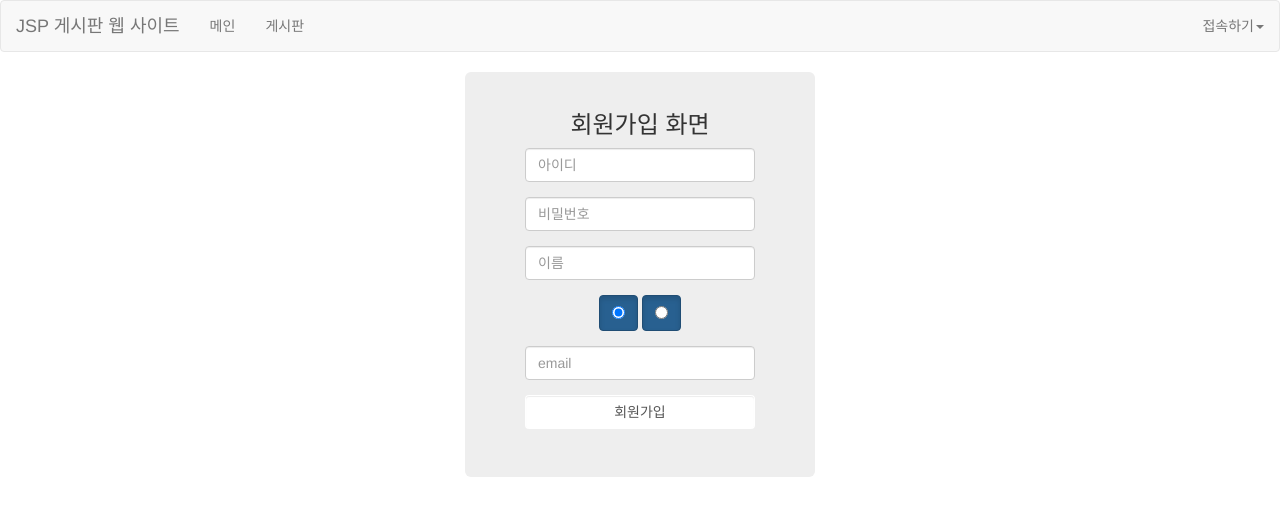
Repository: dirn0568/project
Page: http://localhost/myWeb/join.jsp
The author's editor kept a copy of each file at every save. The page is drawn from the files as they stood at one save, then again after the next save.
The browser window is 1280 px wide. The pictures show the whole page.
The page is served by Tomcat 9.

Above is the page before, as saved 2022-10-06 17:21:01.
Console error (its wording comes from the project's code and is left out).

After the next save:
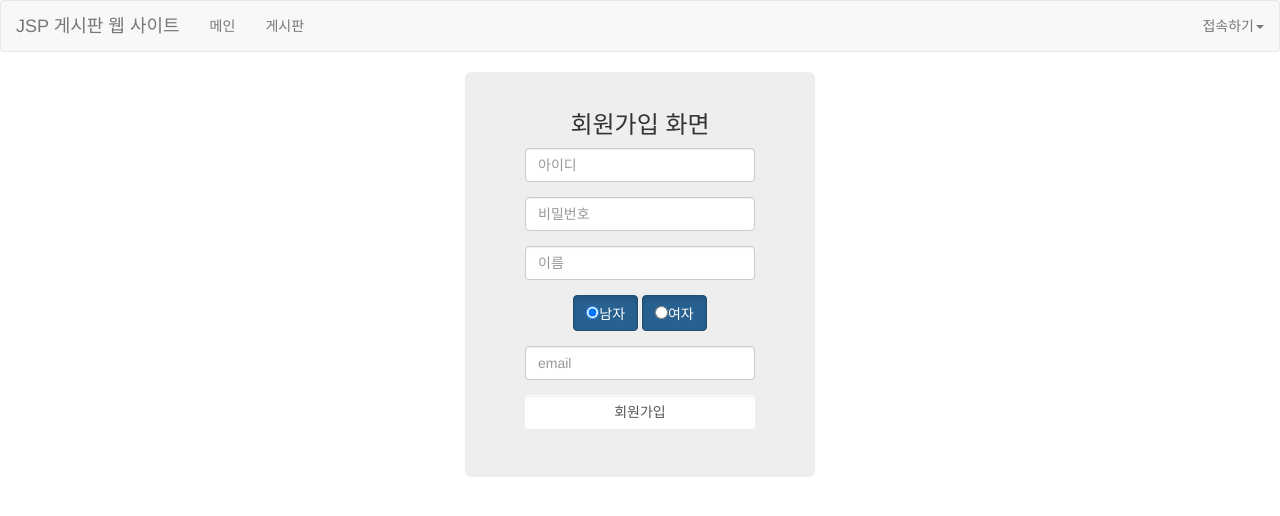
Saved 18 s later.
--- a/myWeb/src/main/webapp/join.jsp
+++ b/myWeb/src/main/webapp/join.jsp
@@ -55,10 +55,10 @@
 					</div>
 					<div class="form-group" style="text-align:center;">
 						<label class="btn btn-primary active">
-							<input type="radio" "form-control" name="userGender" value="남자" checked>
+							<input type="radio" "form-control" name="userGender" value="남자" checked>남자
 						</label>
 						<label class="btn btn-primary active">
-							<input type="radio" "form-control" name="userGender" value="여자">
+							<input type="radio" "form-control" name="userGender" value="여자">여자
 						</label>
 					</div>
 					<div class="form-group">
